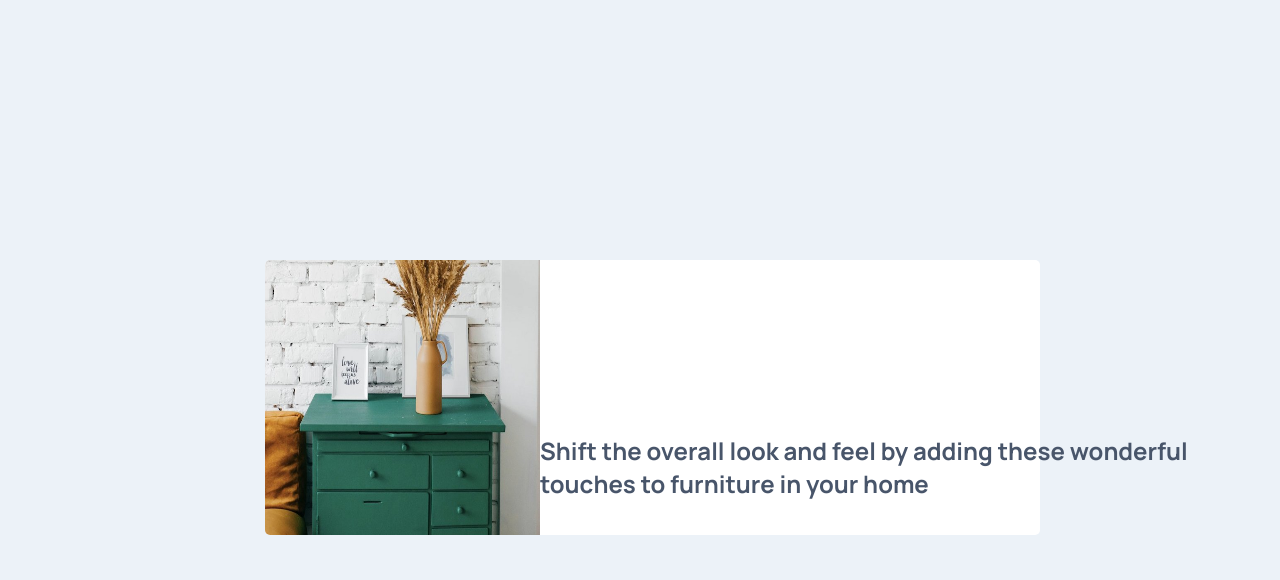
Repository: ricky603/training-css
Page: article-preview-component-master/index.html
The author's editor kept a copy of each file at every save. The page is drawn from the files as they stood at one save, then again after the next save.
The browser window is 1280 px wide. The pictures show the whole page.

Above is the page before, as saved 2020-09-09 08:27:00.

After the next save:
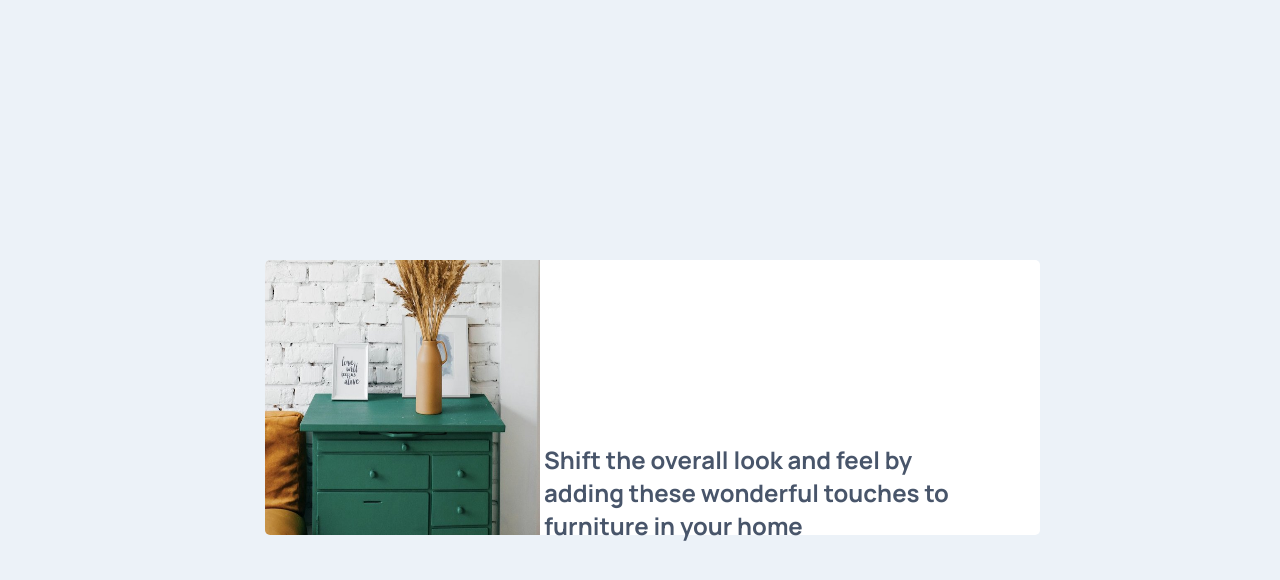
Saved 11 s later.
--- a/article-preview-component-master/styles.css
+++ b/article-preview-component-master/styles.css
@@ -12,8 +12,6 @@ h2 {
 }
 
 .post {
-    z-index: 2;
-    position: fixed;
     display: inline-block;
     width: 57%;
     bottom: 200px;
@@ -25,7 +23,6 @@ h2 {
 }
 
 .article {
-    z-index: 1;
     position: fixed;
     width: 775px;
     height: 275px;
